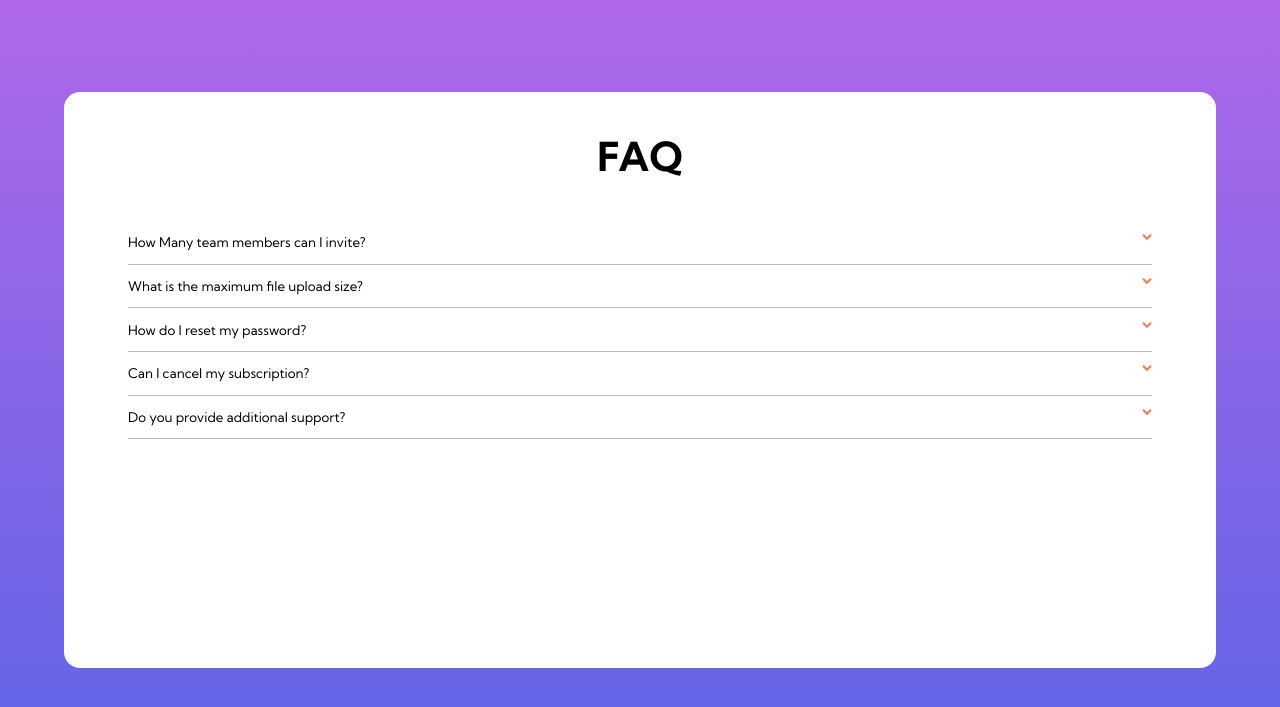
Repository: ryanwilll/ProjetoFAQ
Page: index.html
The author's editor kept a copy of each file at every save. The page is drawn from the files as they stood at one save, then again after a run of saves.
The browser window is 1280 px wide. The pictures show the whole page.

Above is the page before, as saved 2022-10-27 20:08:44.

### index.html
<!DOCTYPE html>
<html lang="pt-br">

<head>
  <meta charset="UTF-8">
  <meta name="viewport" content="width=device-width, initial-scale=1.0">
  <!-- displays site properly based on user's device -->
  <link rel="preconnect" href="https://fonts.googleapis.com">
  <link rel="preconnect" href="https://fonts.gstatic.com" crossorigin>
  <link rel="preconnect" href="https://fonts.googleapis.com">
  <link rel="preconnect" href="https://fonts.gstatic.com" crossorigin>
  <link href="https://fonts.googleapis.com/css2?family=Kumbh+Sans:wght@400;700&display=swap" rel="stylesheet">
  <link rel="icon" type="image/png" sizes="32x32" href="./images/favicon-32x32.png">
  <link rel="stylesheet" href="./css/style.css">
  <link rel="stylesheet" href="./css/allmedia.css">
  <title>Frontend Mentor | FAQ Accordion Card</title>

  <!-- Feel free to remove these styles or customise in your own stylesheet 👍 -->
</head>

<body>

  <main class="container">
    <div class="card-white">
      <div class="imgs">
        <img class="img-principal" src="./images/illustration-woman-online-mobile.svg" alt="Ilustração Mobile">
        <img class="sombra-img-principal" src="./images/bg-pattern-mobile.svg" alt="Sombreamento da Imagem">
      </div>
      <div class="imgs-desktop">
        <img src="./images/illustration-woman-online-desktop.svg" alt="">
        <img src="./images/bg-pattern-desktop.svg" alt="">
        <img src="./images/illustration-box-desktop.svg" alt="">
      </div>
      <h1 class="FAQ">FAQ</h1>
      <div class="faq-menu">

        <div class="text">
          <button class="button-answer">
            <div class="question"> How Many team members can I invite?<img class="seta"
                src="./images/icon-arrow-down.svg" alt="Seta para baixo"></div>

          </button>
          <p class="answer"> You can invite up to 2 additional users on the Free plan. There is no limit on team
            members
            for the Premium
            plan.</p>
        </div>
        <div class="text">
          <button class="button-answer">
            <div class="question"> What is the maximum file upload size?<img class="seta"
                src="./images/icon-arrow-down.svg" alt="Seta para baixo"></div>

          </button>
          <p class="answer"> No more than 2GB. All files in your account must fit your allotted storage space.</p>
        </div>
        <div class="text">
          <button class="button-answer">
            <div class="question"> How do I reset my password?<img class="seta" src="./images/icon-arrow-down.svg"
                alt="Seta para baixo"></div>

          </button>
          <p class="answer"> Click “Forgot password” from the login page or “Change password” from your profile page.
            A reset link will be emailed to you.</p>
        </div>
        <div class="text">
          <button class="button-answer">
            <div class="question"> Can I cancel my subscription?<img class="seta" src="./images/icon-arrow-down.svg"
                alt="Seta para baixo"></div>

          </button>
          <p class="answer"> Yes! Send us a message and we’ll process your request no questions asked.</p>
        </div>
        <div class="text">
          <button class="button-answer">
            <div class="question"> Do you provide additional support?<img class="seta"
                src="./images/icon-arrow-down.svg" alt="Seta para baixo"></div>

          </button>
          <p class="answer"> You can invite up to 2 additional users on the Free plan. There is no limit on team
            members
            for the Premium
            plan.</p>
        </div>
      </div>

    </div>
  </main>
  <script src="./src/index.js"></script>
</body>

</html>

### css/style.css
@charset "UTF-8";
input,
textarea,
button,
select,
a {
  -webkit-tap-highlight-color: rgba(0, 0, 0, 0);
}
/*Versão Mobile First*/
* {
  font-family: "Kumbh Sans", sans-serif;
  margin: 0px;
  padding: 0px;
  box-sizing: border-box;
}

body {
  background: linear-gradient(hsl(273, 75%, 66%) 80%, hsl(240, 73%, 65%));
  background: linear-gradient(hsl(273, 75%, 66%) 80%, hsl(240, 73%, 65%));
  background-repeat: no-repeat;
  position: relative;
  height: 100vh;
  width: 100vw;
}

.card-white {
  background-color: white;
  width: 90vw;
  max-height: 100vh;
  margin: 10em auto;
  border-radius: 1em;
  padding-bottom: 5em;
}

.card-white .imgs {
  position: relative;
  width: 50vw;
  margin: auto;
  top: -5.5em;
  z-index: 1;
}

.card-white .imgs .sombra-img-principal {
  position: relative;
  width: 50vw;
  margin: auto;
  top: -4.5em;
  z-index: -1;
}
.card-white .FAQ {
  font-size: 2.5em;
  text-align: center;
  font-weight: 600;
  margin: -3em 0em 1em;
}

.card-white button {
  border-style: none;
  text-align: left;
  background-color: transparent;
  transition: color ease-in-out 0.2s;
  justify-content: space-between;
  cursor: pointer;
  width: 80vw;
}

.card-white button img {
  position: relative;
  float: right;
  margin: auto;
}

.imgs-desktop {
  display: none;
}

.card-white button:hover {
  color: orange;
}

.card-white .faq-menu .text .question {
  width: 80vw;
  margin: 1em 0em;
}

.card-white .answer {
  visibility: hidden;
  height: 0;
  transition: height 0.5s ease;
}
.card-white .faq-menu .text {
  border-bottom: 1px solid rgb(187, 186, 186);
  width: 80vw;
  margin: auto;
}

.card-white .faq-menu .text.active .question {
  font-weight: bold;
}

.card-white .faq-menu .text.active .answer {
  visibility: visible;
  height: 2.4em;
  margin: 0.5em 0em;
  width: 75vw;
  font-size: 0.7em;
  margin-bottom: 2em;
  animation: fade 1s ease-in-out;
}

.card-white .faq-menu .text.active .seta {
  transform: rotate(180deg);
}
.seta {
  transition: transform 0.5s ease-in;
}

@keyframes fade {
  from {
    opacity: 0;
    transform: translateY(-10px);
  }
  to {
    opacity: 1;
    transform: translateY(0px);
  }
}

### css/allmedia.css
@media screen and (min-width: 600px) and (max-width: 768px) {
  body {
    background: linear-gradient(hsl(273, 75%, 66%) 80%, hsl(240, 73%, 65%));
    background: linear-gradient(hsl(273, 75%, 66%) 80%, hsl(240, 73%, 65%));
    background-repeat: no-repeat;
    position: relative;
    height: 100vh;
    width: 100vw;
  }
  .card-white {
    max-height: 100%;
    margin: 13em auto;
    border-radius: 1em;
    padding-bottom: 5em;
  }
  .card-white .imgs {
    top: -10.5em;
  }

  .card-white .imgs .sombra-img-principal {
    top: -7.5em;
  }
  .card-white .FAQ {
    font-size: 3.5em;
    margin: -5em 0em 1em;
  }

  .card-white button img {
    width: 1.5em;
    height: 1em;
  }
  .card-white .faq-menu .text .question {
    font-size: 2em;
  }
  .card-white .faq-menu .text.active .answer {
    font-size: 1.5em;
  }
}

@media screen and (min-width: 769px) and (max-width: 992px) {
  body {
    background: linear-gradient(hsl(273, 75%, 66%) 80%, hsl(240, 73%, 65%));
    background: linear-gradient(hsl(273, 75%, 66%) 80%, hsl(240, 73%, 65%));
    background-repeat: no-repeat;
    position: relative;
    height: 100%;
    width: 100%;
  }
  .card-white {
    max-height: 100%;
    margin: 15em auto;
    border-radius: 1em;
    padding-bottom: 5em;
  }
  .card-white .imgs {
    top: -10.5em;
  }

  .card-white .imgs .sombra-img-principal {
    top: -7.5em;
  }
  .card-white .FAQ {
    font-size: 4em;
    margin: -3em 0em 1em;
  }
  .card-white button img {
    width: 1.5em;
    height: 1em;
  }
  .card-white .faq-menu .text .question {
    font-size: 2em;
  }
  .card-white .faq-menu .text.active .answer {
    font-size: 1.5em;
  }
}

@media screen and (min-width: 993px) and (max-width: 1200px) {
  body {
    background: linear-gradient(hsl(273, 75%, 66%) 80%, hsl(240, 73%, 65%));
    background: linear-gradient(hsl(273, 75%, 66%) 80%, hsl(240, 73%, 65%));
    background-repeat: no-repeat;
    position: relative;
    height: 100%;
    width: 100%;
  }
  .card-white {
    max-height: 100%;
    margin: 15em auto;
    border-radius: 1em;
    padding-bottom: 5em;
  }
  .card-white .imgs {
    top: -16.5em;
  }

  .card-white .imgs .sombra-img-principal {
    top: -11.5em;
  }
  .card-white .FAQ {
    font-size: 5em;
    margin: -5.5em 0em 1em;
  }
  .card-white button img {
    width: 1.5em;
    height: 1em;
  }
  .card-white .faq-menu .text .question {
    font-size: 2.3em;
  }
  .card-white .faq-menu .text.active .answer {
    font-size: 1.7em;
  }
}

@media screen and (min-width: 1201px) {
  body {
    margin: 0;
    height: 100%;
    min-height: 100vh;
    width: 100vw;
    background: linear-gradient(hsl(273, 75%, 66%), hsl(240, 73%, 65%));
    display: grid;
    justify-content: center;
    align-content: center;
    box-sizing: content-box;
  }
  .imgs {
    display: none;
  }
  .card-white {
    background-color: white;
    height: 80vh;
    width: 90vw;
    margin: 10em auto 0em auto;
    border-radius: 1em;
    padding-bottom: 5em;
    box-sizing: border-box;
  }
  .card-white .FAQ {
    font-size: 2.5em;
    font-weight: 600;
    padding-top: 1em;
  }
}

### src/index.js
const faqs = document.querySelectorAll(".text");

faqs.forEach((faq) => {
  faq.addEventListener("click", () => {
    faq.classList.toggle("active");
  });
});

After the next 3 saves:
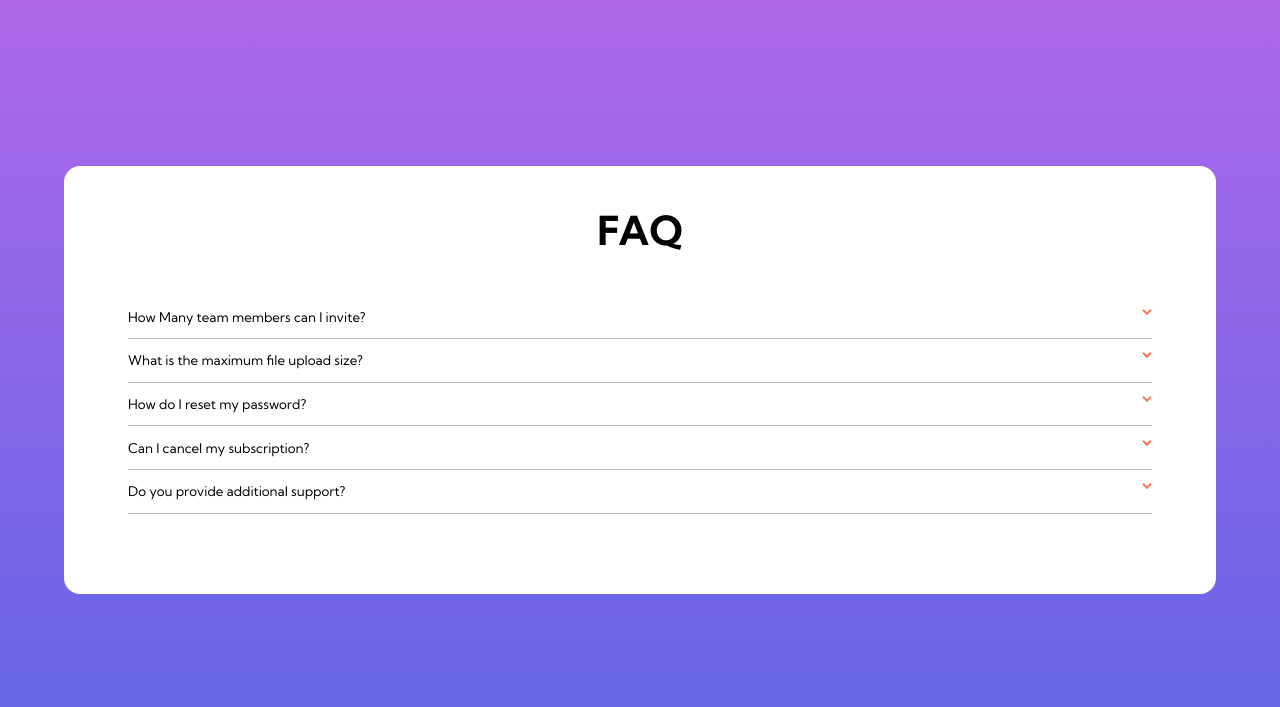
The 3 saves are shown as one change because they came seconds apart.
The last was saved 28 s later.
--- a/css/allmedia.css
+++ b/css/allmedia.css
@@ -130,7 +130,7 @@
   }
   .card-white {
     background-color: white;
-    height: 80vh;
+    height: calc(80vh-1em);
     width: 90vw;
     margin: 10em auto 0em auto;
     border-radius: 1em;

After the 3 saves that followed:
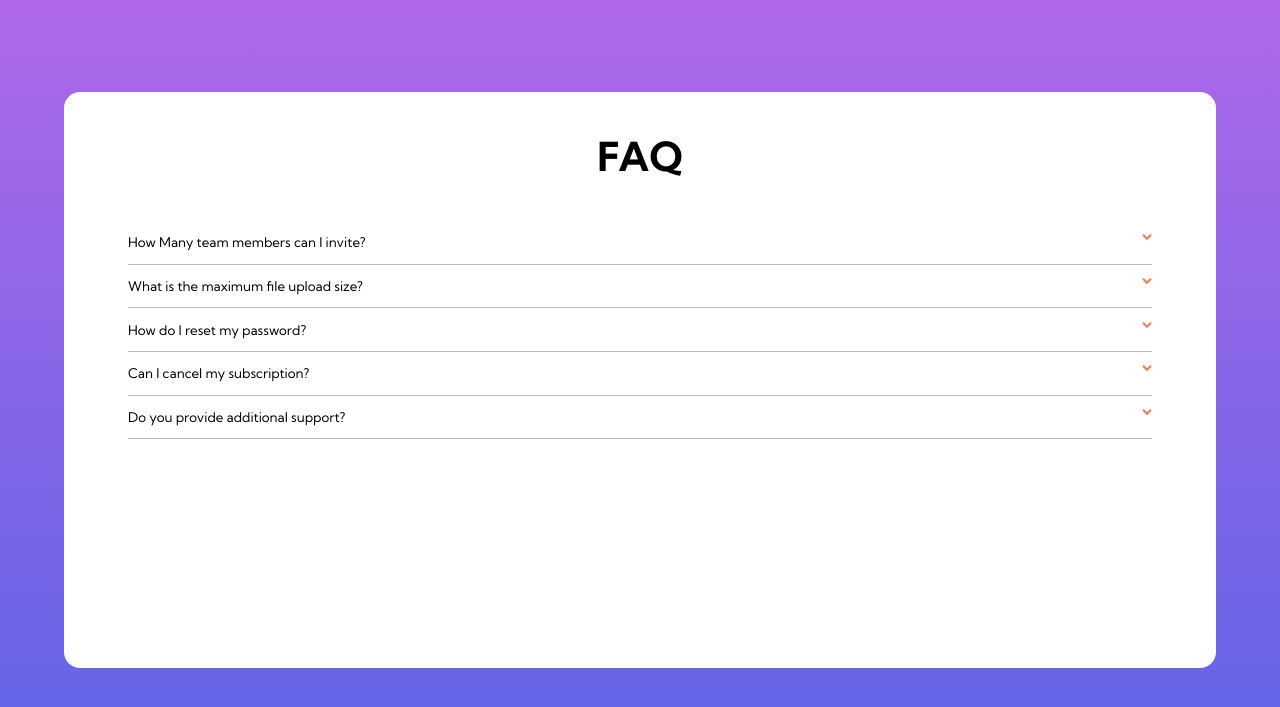
The 3 saves are shown as one change because 1 left the picture as it was and some came seconds apart.
The last was saved 18 s later.
--- a/css/allmedia.css
+++ b/css/allmedia.css
@@ -123,14 +123,13 @@
     display: grid;
     justify-content: center;
     align-content: center;
-    box-sizing: content-box;
   }
   .imgs {
     display: none;
   }
   .card-white {
     background-color: white;
-    height: calc(80vh-1em);
+    height: 80vh;
     width: 90vw;
     margin: 10em auto 0em auto;
     border-radius: 1em;
